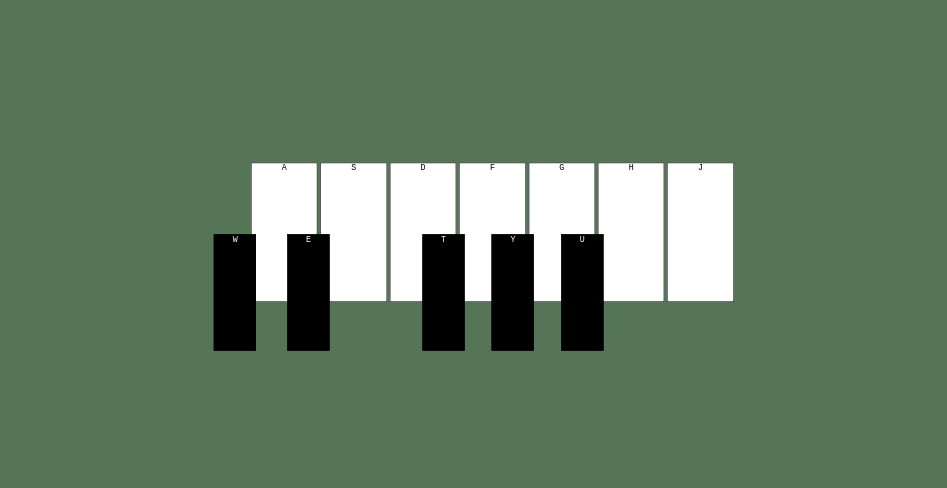
Repository: ctcoleman/Virtual-Piano
Page: index.html
These files come from the project's save history. The page is drawn as it stood at one moment and after the next save; the edit follows.
The browser window is 1280 px wide. The page is 1480 px wide, then 1280 px, so the pictures cover 1480 px, including what lies to the right of the window. The pictures show the whole page, at 64% of full size.

Above is the page before, as saved 2020-07-20 09:16:39.

### index.html
<!DOCTYPE html>
<html>

<head>
    <meta charset="utf-8">
    <link type="text/css" rel="stylesheet" href="./index.css">
    <title>Chris's Keyboard Piano</title>
</head>

<body>
    <div class="container">
        <div class="white-keys">
            <kbd class="white-key" id="KeyA">A</kbd>
            <kbd class="white-key" id="KeyS">S</kbd>
            <kbd class="white-key" id="KeyD">D</kbd>
            <kbd class="white-key" id="KeyF">F</kbd>
            <kbd class="white-key" id="KeyG">G</kbd>
            <kbd class="white-key" id="KeyH">H</kbd>
            <kbd class="white-key" id="KeyJ">J</kbd>
        </div>
        <div class="black-keys">
            <kbd class="black-key" id="KeyW">W</kbd>
            <kbd class="black-key" id="KeyE">E</kbd>
            <kbd class="black-key" id="KeyT">T</kbd>
            <kbd class="black-key" id="KeyY">Y</kbd>
            <kbd class="black-key" id="KeyU">U</kbd>
        </div>
    </div>
    <script src="./index.js"></script>
</body>

</html>

### index.css
/*
=== Basic Styling ===
 */
html {
    background: rgba(1, 46, 1, 0.664);
    color: black;
    box-sizing: border-box;
}

/*
=== Keyboard Styling ===
*/
.container {
    width: 100vw;
    height: 30vh;
    margin: 35vh 15vw;
}
/*
=== White Keys Styling ===
*/
.white-keys {
    margin: 15vh 15vw;
}
.white-key {
    display: inline-block;
    text-align: center;
    width: 8vw;
    height: 30vh;
    background: white;
    border: 1px solid black;
}
/*
=== Black Keys Styling ===
*/
.black-keys {
    margin: 10vh 5vw;
}
.black-key {
    position: relative;
    z-index: 1;
    top: -30vh;
    text-align: center;
    display: inline-block;
    width: 5vw;
    height: 25vh;
    background: black;
    color: white;
    border: 1px solid black;
}
#KeyW {
    left: 5.5vw;
}
#KeyE {
    left: 9vw;
}
#KeyT {
    left: 20vw;
}
#KeyY {
    left: 23vw;
}
#KeyU {
    left: 26vw;
}

### index.js
const aKey = document.getElementById('KeyA')
const sKey = document.getElementById('KeyS')
const dKey = document.getElementById('KeyD')
const fKey = document.getElementById('KeyF')
const gKey = document.getElementById('KeyG')
const hKey = document.getElementById('KeyH')
const jKey = document.getElementById('KeyJ')
const wKey = document.getElementById('KeyW')
const eKey = document.getElementById('KeyE')
const tKey = document.getElementById('KeyT')
const yKey = document.getElementById('KeyY')
const uKey = document.getElementById('KeyU')






const keys = [aKey, sKey, dKey, fKey, gKey, hKey, jKey, wKey, eKey, tKey, yKey, uKey]
console.log(keys)
document.addEventListener('keypress', (keyPressed) => {
    const key = keyPressed.code
    switch (key) {
        case keys[0].id:
            new Audio('./keys/A.mp3').play()
            break
        case keys[1].id:
            new Audio('./keys/S.mp3').play()
            break
        case keys[2].id:
            new Audio('./keys/D.mp3').play()
            break
        case keys[3].id:
            new Audio('./keys/F.mp3').play()
            break
        case keys[4].id:
            new Audio('./keys/G.mp3').play()
            break
        case keys[5].id:
            new Audio('./keys/H.mp3').play()
            break
        case keys[6].id:
            new Audio('./keys/J.mp3').play()
            break
        case keys[7].id:
            new Audio('./keys/W.mp3').play()
            break
        case keys[8].id:
            new Audio('./keys/E.mp3').play()
            break
        case keys[9].id:
            new Audio('./keys/T.mp3').play()
            break
        case keys[10].id:
            new Audio('./keys/Y.mp3').play()
            break
        case keys[11].id:
            new Audio('./keys/U.mp3').play()
            break
        default:
            console.log('Invalid Key Press')
    }
})

After the next save:
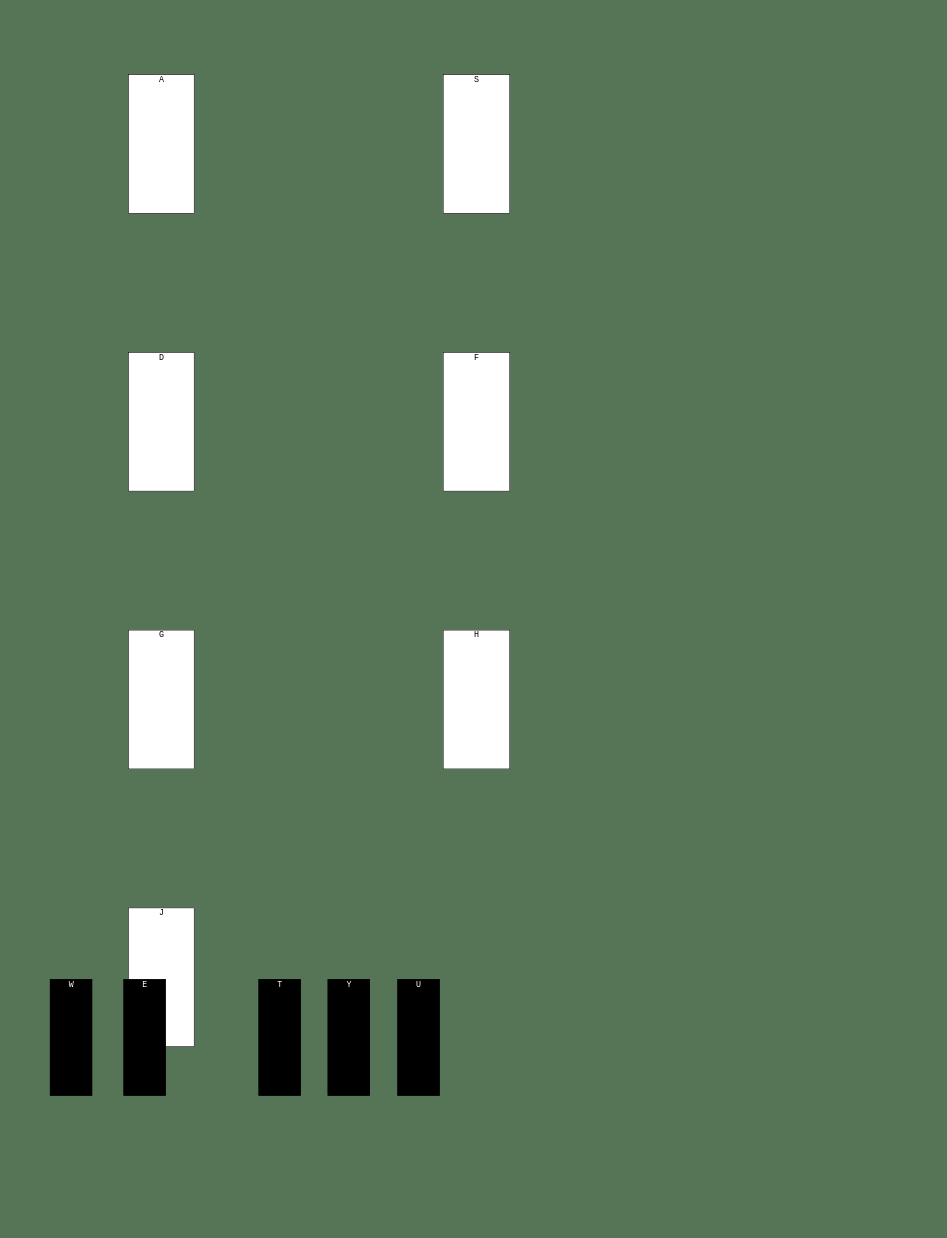
Saved 7 s later.
--- a/index.css
+++ b/index.css
@@ -10,15 +10,16 @@ html {
 /*
 === Keyboard Styling ===
 */
-.container {
-    width: 100vw;
+.keyboard-container {
+    position: relative;
+    width: 60vw;
     height: 30vh;
     margin: 35vh 15vw;
 }
 /*
 === White Keys Styling ===
 */
-.white-keys {
+.white-key {
     margin: 15vh 15vw;
 }
 .white-key {
@@ -32,7 +33,7 @@ html {
 /*
 === Black Keys Styling ===
 */
-.black-keys {
+.black-key-container {
     margin: 10vh 5vw;
 }
 .black-key {
